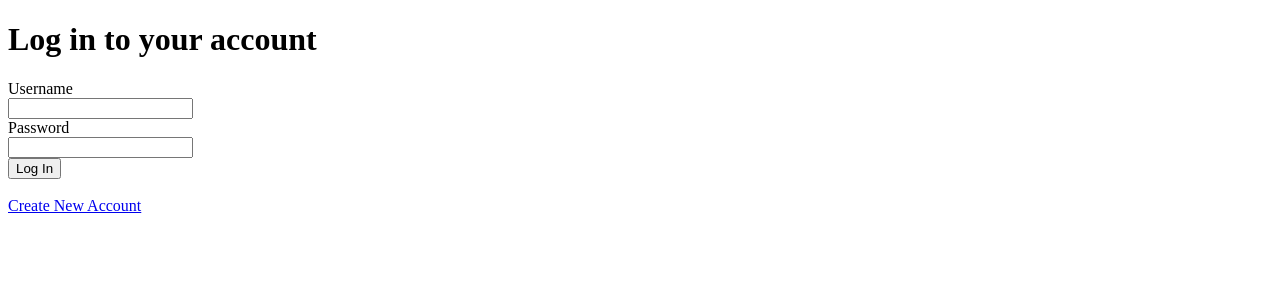
Repository: ir1998/cs201
Page: InvestCS/WebContent/index.html
These files come from the project's save history. The page is drawn as it stood at one moment and after the next save; the edit follows.
The browser window is 1280 px wide. The pictures show the whole page.

Above is the page before, as saved 2017-03-31 00:00:31.

After the next save:
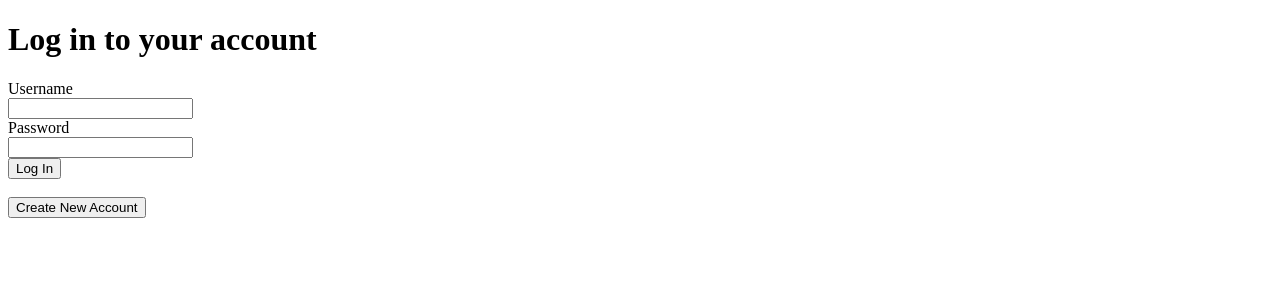
Saved 91 s later.
--- a/InvestCS/WebContent/index.html
+++ b/InvestCS/WebContent/index.html
@@ -17,7 +17,9 @@
 		<input type="submit" value="Log In"/>
   </form>
   <br>
-	<a href="signup.html" id="createAccount">Create New Account</a>
+	<a href="signup.html" id="createAccount">
+		<input type="button" value="Create New Account">
+	</a>
 
 </body>
 </html>
